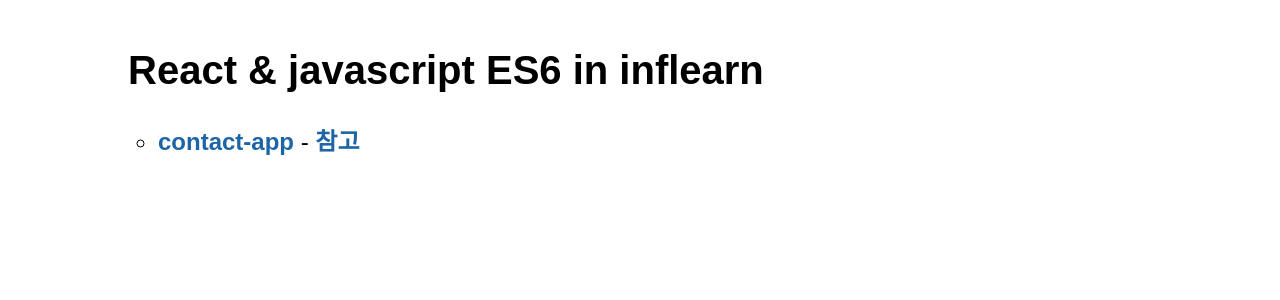
Repository: Hjinyyyy/react_beginner
Page: index.html
An editor plug-in stored every save of this project. The page is shown before and after the next save, followed by the edit.
The browser window is 1280 px wide. The pictures show the whole page.

Above is the page before, as saved 2021-10-26 15:15:25.

After the next save:
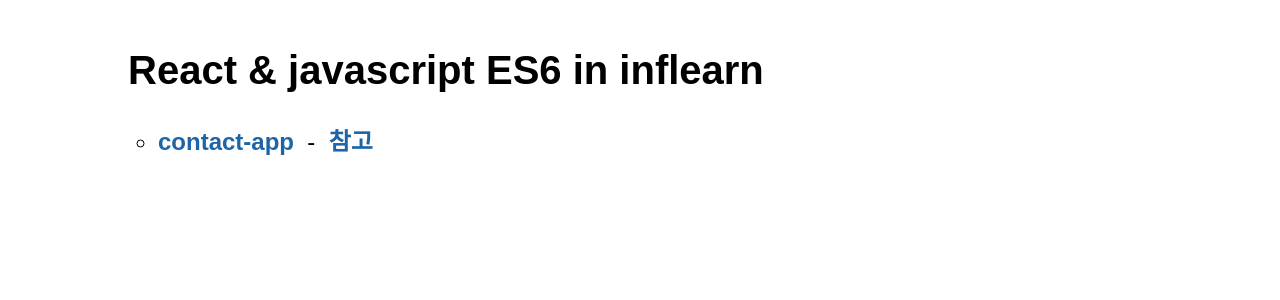
Saved 11 s later.
--- a/index.html
+++ b/index.html
@@ -34,7 +34,7 @@
     <ul>
         <li>
             <a href="https://hjinyyyy.github.io/react_beginner/contact-app">contact-app</a>
-            <span>-</span>
+            <span>&nbsp;-&nbsp;</span>
             <a href="https://react-anyone.vlpt.us/">참고</a>
         </li>
     </ul>
